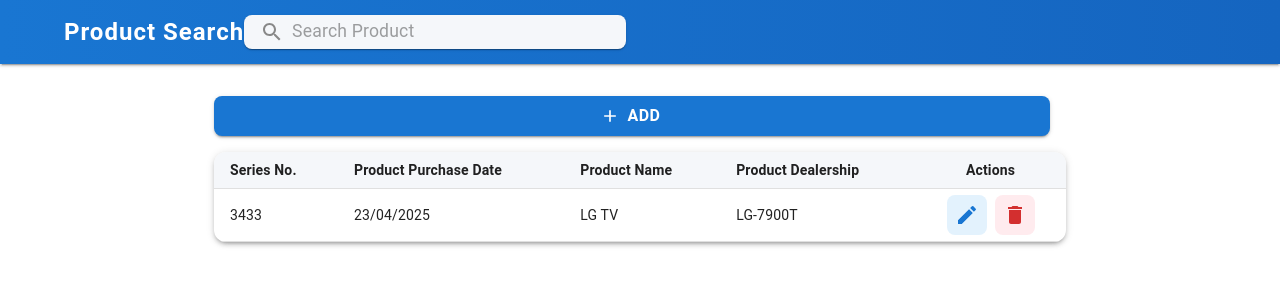
Repository: Sharathguru/Product_Task
Page: / (app in Frontend/)
These files come from the project's save history. The page is drawn as it stood at one moment and after the next save; the edit follows.
The browser window is 1280 px wide. The pictures show the whole page.
The project was rebuilt for these pictures with package versions that can differ from the ones it lists, and the page was loaded fresh each time. Requests to the local data server were answered from the project's data file. Also part of the build but not shown: Frontend/vite.config.js, Frontend/src/index.css, Frontend/src/Pages/product.js, Frontend/src/Pages/Insert.jsx, Frontend/src/Pages/Update.jsx, Frontend/src/Pages/Delete.jsx.

Above is the page before, as saved 2025-06-13 16:30:04.

### Frontend/src/App.jsx
import React from 'react'
import { BrowserRouter, Route, Routes } from 'react-router-dom'
import { ToastContainer } from 'react-toastify';
import 'react-toastify/dist/ReactToastify.css';
import Home from './Components/Home'
import Insert from './Pages/Insert'
import Update from './Pages/Update'
import Fetch from './Pages/Fetch'
import Delete from './Pages/Delete'
import './App.css'

const App = () => {
  return (
    <>
      <ToastContainer position="top-right" autoClose={2000} />
      <BrowserRouter>
      <Routes>
        <Route path="/" element={<Home />} />
        <Route path="/insert" element={<Insert />} />
        <Route path="/update" element={<Update />} />
        <Route path="/fetch" element={<Fetch />} />
        <Route path="/delete" element={<Delete />} />
      </Routes>
        {/* <Route path="*" element={<h1>404 Not Found</h1>} /> */}
      </BrowserRouter>
    </>
  )
}

export default App

### Frontend/src/Components/Home.jsx
import React from "react";
import Navbar from "./Navbar";
import Fetch from "../Pages/Fetch";

const Home = () => {
  const [search, setSearch] = React.useState("");

  return (
    <div>
      <Navbar search={search} setSearch={setSearch} />
      <Fetch search={search} />
    </div>
  );
};

export default Home;

### Frontend/src/Pages/Fetch.jsx
import React from "react";
import axios from "../axios/axios.js";
import { useNavigate } from "react-router-dom";
import DeleteIcon from "@mui/icons-material/Delete";
import EditIcon from "@mui/icons-material/Edit";
import AddIcon from "@mui/icons-material/Add";
import Table from "@mui/material/Table";
import TableBody from "@mui/material/TableBody";
import TableCell from "@mui/material/TableCell";
import TableContainer from "@mui/material/TableContainer";
import TableHead from "@mui/material/TableHead";
import TableRow from "@mui/material/TableRow";
import Paper from "@mui/material/Paper";
import IconButton from "@mui/material/IconButton";
import Button from "@mui/material/Button";
import Box from "@mui/material/Box";
import Stack from "@mui/material/Stack";
import { toast } from "react-toastify";
import Container from "@mui/material/Container";

const Fetch = ({ search }) => {
  const [products, setProducts] = React.useState([]);
  const [error, setError] = React.useState("");
  const navigate = useNavigate();

  const fetchData = async () => {
    try {
      const res = await axios.get("/products");
      setProducts(res.data);
    } catch (err) {
      setError("Failed to fetch data.");
    }
  };

  React.useEffect(() => {
    fetchData();
  }, []);

  const handleDelete = async (id) => {
    if (!window.confirm("Are you sure you want to delete this product?")) return;
    try {
      await axios.delete(`/products/${id}`);
      setProducts(products.filter((item) => item.id !== id));
      toast.success("Product deleted successfully!");
    } catch {
      toast.error("Delete failed.");
    }
  };

  const handleEdit = (id) => {
    navigate(`/update`, { state: { id } });
  };

  const handleAdd = () => {
    navigate("/insert");
  };

  const filteredProducts = products.filter((item) =>
    Object.values(item)
      .join(" ")
      .toLowerCase()
      .includes(search.toLowerCase())
  );

  return (
    <Container maxWidth="md" sx={{ py: { xs: 2, md: 4 } }}>
      <Box
        sx={{
          display: "flex",
          alignItems: "center",
          mb: 2,
          flexDirection: { xs: "column", sm: "row" },
        }}
      >
        <Button
          variant="contained"
          color="primary"
          startIcon={<AddIcon />}
          onClick={handleAdd}
          sx={{
            mb: { xs: 2, sm: 0 },
            mr: { sm: 2 },
            fontWeight: 600,
            fontSize: "1rem",
            px: 3,
            borderRadius: 2,
          }}
          fullWidth={true}
        >
          Add
        </Button>
      </Box>
      <TableContainer
        component={Paper}
        sx={{
          width: "100%",
          overflowX: "auto",
          borderRadius: 3,
          boxShadow: 3,
        }}
      >
        <Table size="small">
          <TableHead>
            <TableRow sx={{ backgroundColor: "#f5f7fa" }}>
              <TableCell sx={{ fontWeight: 700 }}>Series No.</TableCell>
              <TableCell sx={{ fontWeight: 700 }}>Product Purchase Date</TableCell>
              <TableCell sx={{ fontWeight: 700 }}>Product Name</TableCell>
              <TableCell sx={{ fontWeight: 700 }}>Product Dealership</TableCell>
              <TableCell align="center" sx={{ fontWeight: 700 }}>
                Actions
              </TableCell>
            </TableRow>
          </TableHead>
          <TableBody>
            {filteredProducts.map((item) => (
              <TableRow key={item.id}>
                <TableCell>{item.Series_No}</TableCell>
                <TableCell>
                  {item.Product_Purchase_Date &&
                    new Date(item.Product_Purchase_Date).toLocaleDateString("en-GB")}
                </TableCell>
                <TableCell>{item.Product_Name}</TableCell>
                <TableCell>{item.Product_Dealership}</TableCell>
                <TableCell align="center">
                  <Stack direction="row" spacing={1} justifyContent="center">
                    <IconButton
                      color="primary"
                      onClick={() => handleEdit(item.id)}
                      aria-label="edit"
                      sx={{
                        bgcolor: "#e3f2fd",
                        "&:hover": { bgcolor: "#bbdefb" },
                        borderRadius: 2,
                      }}
                    >
                      <EditIcon />
                    </IconButton>
                    <IconButton
                      color="error"
                      onClick={() => handleDelete(item.id)}
                      aria-label="delete"
                      sx={{
                        bgcolor: "#ffebee",
                        "&:hover": { bgcolor: "#ffcdd2" },
                        borderRadius: 2,
                      }}
                    >
                      <DeleteIcon />
                    </IconButton>
                  </Stack>
                </TableCell>
              </TableRow>
            ))}
            {filteredProducts.length === 0 && (
              <TableRow>
                <TableCell colSpan={5} align="center">
                  No products found.
                </TableCell>
              </TableRow>
            )}
          </TableBody>
        </Table>
      </TableContainer>
      {error && <p style={{ color: "red" }}>{error}</p>}
    </Container>
  );
};

export default Fetch;

### Frontend/src/Components/Navbar.jsx
import React from "react";
import AppBar from "@mui/material/AppBar";
import Toolbar from "@mui/material/Toolbar";
import Typography from "@mui/material/Typography";
import Box from "@mui/material/Box";
import InputBase from "@mui/material/InputBase";
import SearchIcon from "@mui/icons-material/Search";
import Container from "@mui/material/Container";
import useMediaQuery from "@mui/material/useMediaQuery";
import { useTheme } from "@mui/material/styles";

const Navbar = ({ search, setSearch }) => {
  const theme = useTheme();
  const isMobile = useMediaQuery(theme.breakpoints.down("sm"));

  return (
    <AppBar
      position="static"
      elevation={2}
      sx={{
        background: "linear-gradient(90deg, #1976d2 0%, #1565c0 100%)", // Custom blue gradient
      }}
    >
      <Container maxWidth="lg" disableGutters>
        <Toolbar
        //   sx={{
        //     display: "flex",
        //     flexDirection: isMobile ? "column" : "row",
        //     alignItems: isMobile ? "stretch" : "center",
        //     justifyContent: "space-between",
        //     gap: isMobile ? 2 : 0,
        //     py: isMobile ? 1 : 0,
        //   }}
        >
          <Box
            // sx={{
            //   flexGrow: 1,
            //   display: "flex",
            //   alignItems: "center",
            //   justifyContent: isMobile ? "center" : "flex-start",
            //   width: isMobile ? "100%" : "auto",
            //   mb: isMobile ? 1 : 0,
            // }}
          >
            <Typography
              variant="h5"
              color="inherit"
              noWrap
              sx={{
                fontWeight: 700,
                letterSpacing: 1,
              }}
            >
              Product Search
            </Typography>
          </Box>
          <Box
            sx={{
              position: "relative",
              borderRadius: 2,
              backgroundColor: "#f5f7fa",
              width: isMobile ? "100%" : 350,
              display: "flex",
              alignItems: "center",
              px: 2,
              boxShadow: 1,
            }}
          >
            <SearchIcon sx={{ color: "#888", mr: 1}} />
            <InputBase
              placeholder="Search Product"
              inputProps={{ "aria-label": "search" }}
              fullWidth
              value={search}
              onChange={(e) => setSearch(e.target.value)}
              sx={{ fontSize: isMobile ? "1rem" : "1.1rem" }}
            />
          </Box>
        </Toolbar>
      </Container>
    </AppBar>
  );
};

export default Navbar;

### Frontend/src/axios/axios.js
import axios from 'axios'

const instance = axios.create({
    baseURL: 'http://localhost:3000'
})
export default instance

### Frontend/backend/db.json
{
  "products": [
    {
      "id": "bf44",
      "Series_No": "3433",
      "Product_Purchase_Date": "2025-04-23",
      "Product_Name": "LG TV",
      "Product_Dealership": "LG-7900T"
    }
  ]
}

Loaded but not shown: Frontend/index.html (common file); Frontend/src/main.jsx (common file); Frontend/src/App.css (common file)

After the next save:
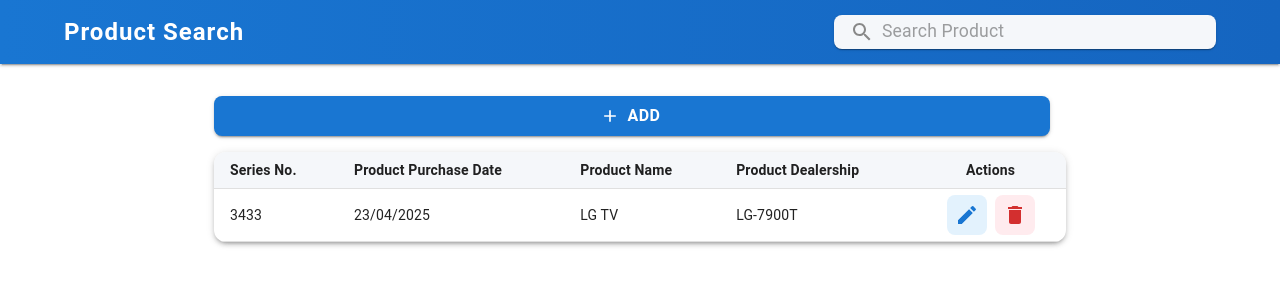
Saved 4 s later.
--- a/Frontend/src/Components/Navbar.jsx
+++ b/Frontend/src/Components/Navbar.jsx
@@ -33,14 +33,14 @@ const Navbar = ({ search, setSearch }) => {
         //   }}
         >
           <Box
-            // sx={{
-            //   flexGrow: 1,
-            //   display: "flex",
-            //   alignItems: "center",
-            //   justifyContent: isMobile ? "center" : "flex-start",
-            //   width: isMobile ? "100%" : "auto",
-            //   mb: isMobile ? 1 : 0,
-            // }}
+            sx={{
+              flexGrow: 1,
+              display: "flex",
+              alignItems: "center",
+              justifyContent: isMobile ? "center" : "flex-start",
+              width: isMobile ? "100%" : "auto",
+              mb: isMobile ? 1 : 0,
+            }}
           >
             <Typography
               variant="h5"
@@ -66,7 +66,7 @@ const Navbar = ({ search, setSearch }) => {
               boxShadow: 1,
             }}
           >
-            <SearchIcon sx={{ color: "#888", mr: 1}} />
+            <SearchIcon sx={{ color: "#888", mr: 1 }} />
             <InputBase
               placeholder="Search Product"
               inputProps={{ "aria-label": "search" }}
